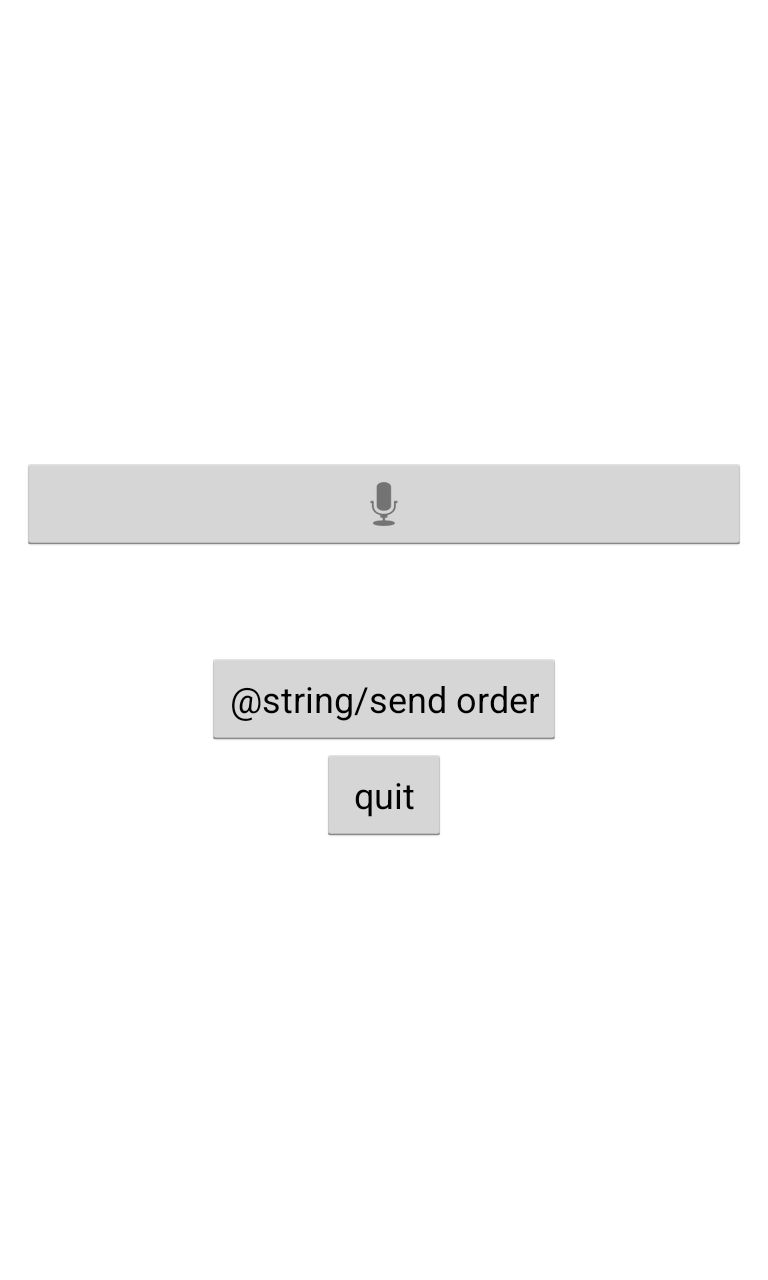
Repository: douglaschan32167/Robot-Waiter
Layout: voiceRecognition/OrderTaker/res/layout/main.xml
The author's editor kept a copy of each file at every save. The layout is drawn from the files as they stood at one save, then again after the next save.
It is drawn on a 768 x 1280 px phone screen (xhdpi) without system bars, with theme AppTheme; the app's code is not run.

Above is the layout before, as saved 2013-11-21 05:17:46.

After the next save:
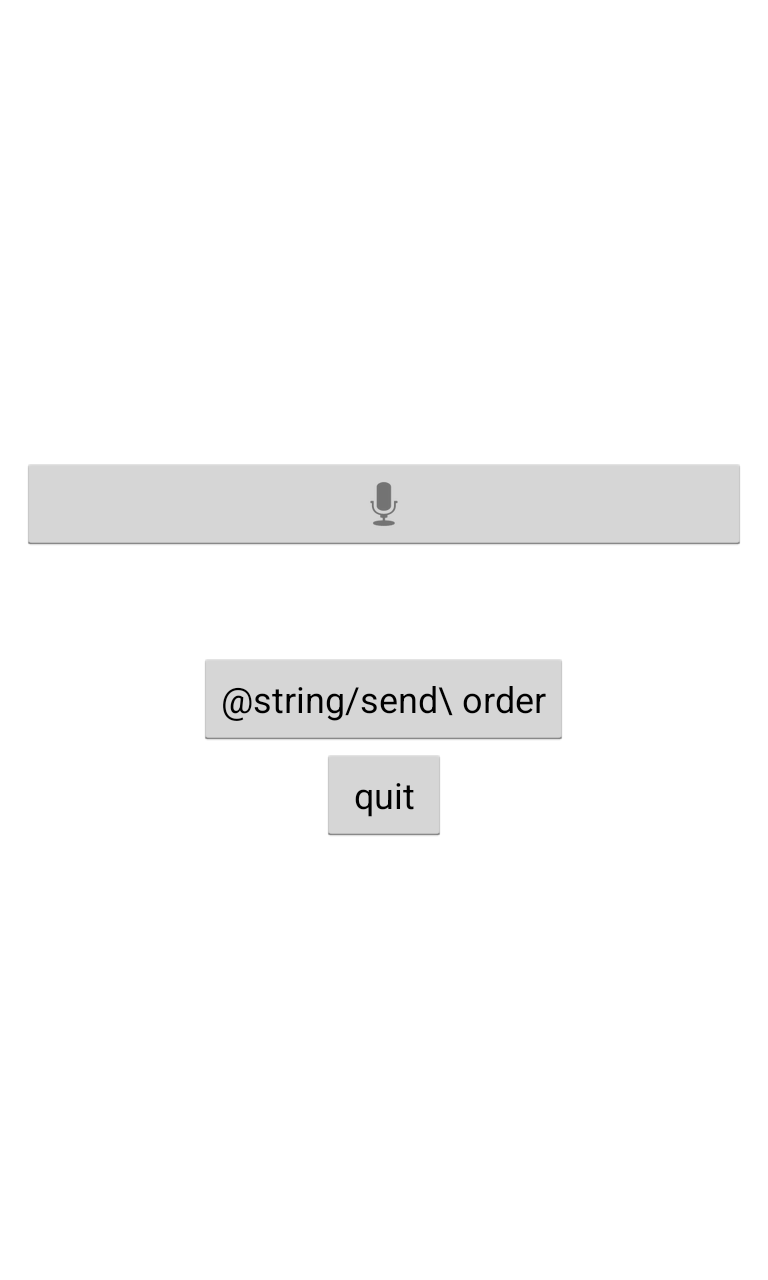
Saved 23 s later.
--- a/voiceRecognition/OrderTaker/res/layout/main.xml
+++ b/voiceRecognition/OrderTaker/res/layout/main.xml
@@ -30,7 +30,7 @@
         android:id="@+id/button1"
         android:layout_width="wrap_content"
         android:layout_height="wrap_content"
-        android:text="@string/send order" />
+        android:text="@string/send\ order" />
 
     <Button
         android:id="@+id/button2"
